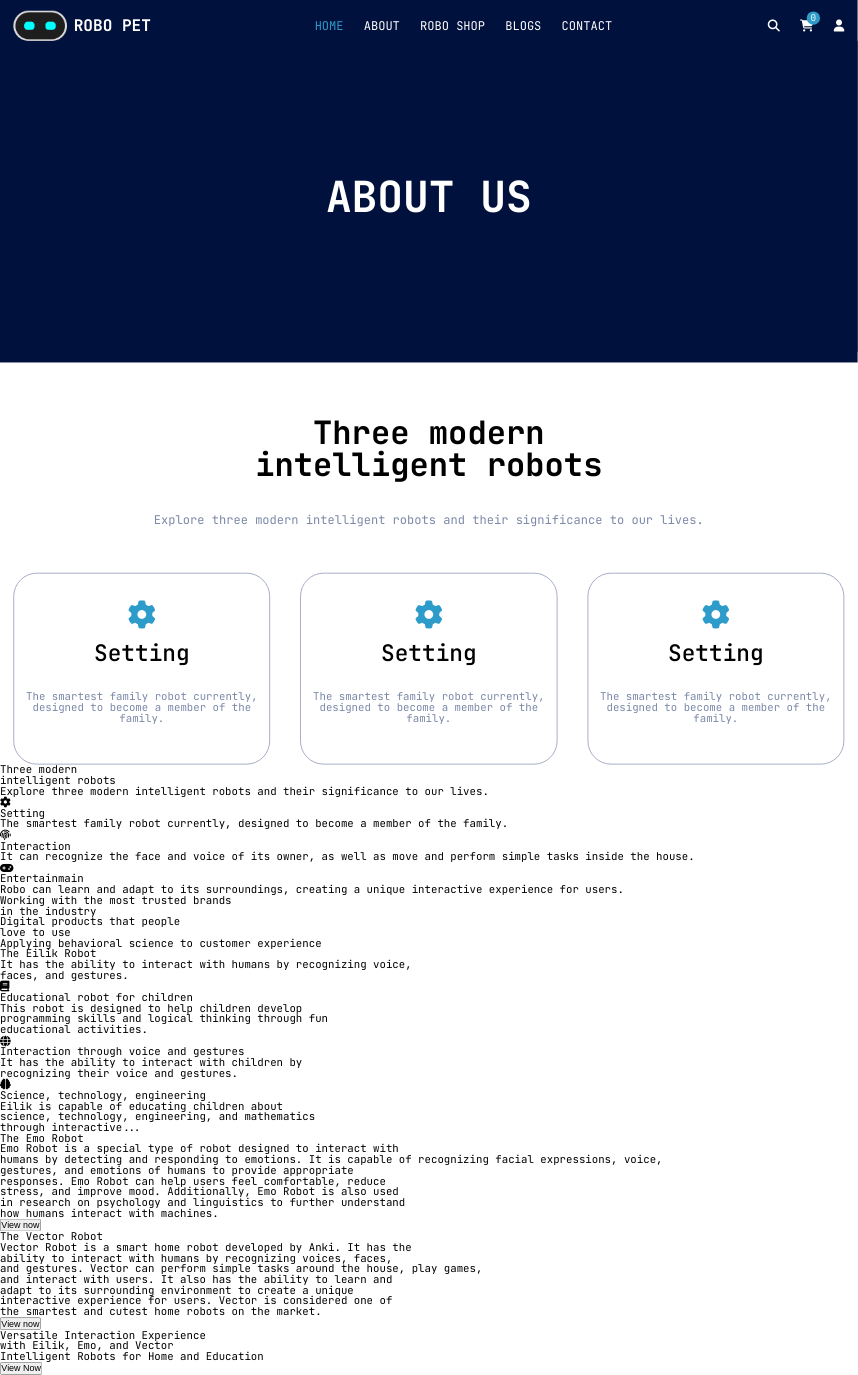
Repository: trietle101/du-an-1
Page: about.html
These files come from the project's save history. The page is drawn as it stood at one moment and after the next save; the edit follows.
The browser window is 1280 px wide. The pictures show the whole page, at 67% of full size.
Some web libraries are served in a nearby version.

Above is the page before, as saved 2023-03-12 22:52:57.

### about.html
<!DOCTYPE html>
<html lang="en">
  <head>
    <meta charset="UTF-8" />
    <meta http-equiv="X-UA-Compatible" content="IE=edge" />
    <meta name="viewport" content="width=device-width, initial-scale=1.0" />
    <title>About</title>
    <link rel="stylesheet" href="assets/css/reset.css" />
    <link rel="preconnect" href="https://fonts.googleapis.com" />
    <link rel="preconnect" href="https://fonts.gstatic.com" crossorigin />
    <link rel="stylesheet" href="assets/css/about.css">
    <link
      href="https://fonts.googleapis.com/css2?family=JetBrains+Mono:wght@300;400;500;700&display=swap"
      rel="stylesheet"
    />
    <script
      src="https://kit.fontawesome.com/08ee78edd1.js"
      crossorigin="anonymous"
    ></script>
  </head>
  <body>
    <header class="header">
      <div class="container">
        <nav class="header-nav">
          <a href="#" class="header-logo">
            <img src="assets/img/logo.png" />
            <span>ROBO PET</span>
          </a>

          <ul class="nav__list">
            <li class="nav__item">
              <a href="#" class="nav__link active">Home</a>
            </li>
            <li class="nav__item">
              <a href="#" class="nav__link">About</a>
            </li>
            <li class="nav__item">
              <a href="#" class="nav__link">Robo shop</a>
            </li>
            <li class="nav__item">
              <a href="#" class="nav__link">Blogs</a>
            </li>
            <li class="nav__item">
              <a href="#" class="nav__link">Contact</a>
            </li>
          </ul>

          <ul class="nav__list">
            <li class="nav__item">
              <a href="" class="nav__link"
                ><i class="fa-solid fa-magnifying-glass"></i
              ></a>
            </li>
            <li class="nav__item">
              <a href="" class="nav__link absolute">
                <i class="fa-solid fa-cart-shopping"></i>
                <span>0</span>
              </a>
            </li>
            <li class="nav__item">
              <a href="" class="nav__link"><i class="fa-solid fa-user"></i></a>
            </li>
          </ul>
        </nav>
      </div>
      <div class="header-banner">
        <div class="container">
          <h1 class="banner-title">ABOUT US</h1>
        </div>
      </div>
    </header>
    <section class="modern">
      <div class="container">
        <h2 class="modern-title">Three modern <br> intelligent robots</h2>
        <p class="modern-desc">Explore three modern intelligent robots and their significance to our lives.</p>
        <div class="modern-box">
          <div class="modern-item">
            <div class="modern-center">
              <i class="fa-solid fa-gear"></i>
              <h3 class="modern-box-title">Setting</h3>
              <p class="modern-box-desc">The smartest family robot currently, designed to become a member of the family.</p>
            </div>
          </div>
          <div class="modern-item">
            <div class="modern-center">
              <i class="fa-solid fa-gear"></i>
              <h3 class="modern-box-title">Setting</h3>
              <p class="modern-box-desc">The smartest family robot currently, designed to become a member of the family.</p>
            </div>
          </div>
          <div class="modern-item">
            <div class="modern-center">
              <i class="fa-solid fa-gear"></i>
              <h3 class="modern-box-title">Setting</h3>
              <p class="modern-box-desc">The smartest family robot currently, designed to become a member of the family.</p>
            </div>
          </div>
        </div>
      </div>
    </section>

    <!--phần banner-->
    <div class="banner">
           </div>
           <div class="name2">
            <h2>Three modern <br>
              intelligent robots</h2>
            <p>Explore three modern intelligent robots and their significance to our lives.</p>

        <div class="box-top">
            <div class="namebox">
                <i class="fa-solid fa-gear"></i>
                <h3>Setting</h3>
                <p>The smartest family robot currently, designed to become a member of the family.</p>
            </div>


            <div  class="namebox">
              <i class="fa-solid fa-fingerprint"></i>
                <h3>Interaction</h3>
                <p>It can recognize the face and voice of its owner, as well as move and perform simple tasks inside the house.</p>
            </div>


            <div class="namebox">
              <i class="fa-solid fa-gamepad"></i>
                <h3>Entertainmain</h3>
                <p>Robo can learn and adapt to its surroundings, creating a unique interactive experience for users.</p>
            </div>
        </div>

        <div class="name2">
          <h2>Working with the most trusted brands <br> in the industry</h2>
        </div>

        <div class="banner2">
        </div>
        <div class="namebanner2">
          <h4>Digital products that people <br> love to use</h4>
          <p>Applying behavioral science to customer experience</p>
          <div class="box-text">
            <h5>The Eilik Robot</h5>
            <p>It has the ability to interact with humans by recognizing voice,<br> faces, and gestures.</p>
               <div class="box-content">
                <i class="fa-solid fa-book"></i>
                <h6>Educational robot for children</h6>
                <p>This robot is designed to help children develop <br> programming skills and logical thinking through fun <br> educational activities.</p>
               </div>

               <div class="box-content">
                <i class="fa-solid fa-globe"></i>
                <h6>Interaction through voice and gestures</h6>
                <p>It has the ability to interact with children by <br> recognizing their voice and gestures.</p>
               </div>

               <div class="box-content">
                <i class="fa-solid fa-brain"></i>
                <h6>Science, technology, engineering</h6>
                <p> Eilik is capable of educating children about <br> science, technology, engineering, and mathematics <br> through interactive...</p>
               </div>

          </div>
          <div class="box-content2">
            <h6>The Emo Robot</h6>
            <p>Emo Robot is a special type of robot designed to interact with <br> humans by detecting and responding to emotions.

              It is capable of recognizing facial expressions, voice,<br>  gestures, and emotions of humans to provide appropriate <br> responses. Emo Robot can help users feel comfortable, reduce <br> stress, and improve mood. Additionally, Emo Robot is also used <br> in research on psychology and linguistics to further understand <br> how humans interact with machines.</p>
          </div>

          <button>View now</button>

          <div class="box-content3">
            <h6>The Vector Robot</h6>
            <p>Vector Robot is a smart home robot developed by Anki. It has  the <br> ability to interact with humans by recognizing voices, faces, <br> and gestures.

              Vector can perform simple tasks around the house, play games, <br> and interact with users. It also has the ability to learn and <br> adapt to its surrounding environment to create a unique <br> interactive experience for users. Vector is considered one of <br> the smartest and cutest home robots on the market.</p>
              <button>View now</button>
            </div>
        </div>
        <div class="endbanner">
          <h2>Versatile Interaction Experience <br> with Eilik, Emo, and Vector</h2>
                <p>Intelligent Robots for Home and Education</p>
                <button>View Now</button>
        </div>
  </body>
  <script src="assets/script/script.js"></script>
</html>

### assets/css/reset.css
/* http://meyerweb.com/eric/tools/css/reset/
   v2.0 | 20110126
   License: none (public domain)
*/
html,
body,
div,
span,
applet,
object,
iframe,
h1,
h2,
h3,
h4,
h5,
h6,
p,
blockquote,
pre,
a,
abbr,
acronym,
address,
big,
cite,
code,
del,
dfn,
em,
img,
ins,
kbd,
q,
s,
samp,
small,
strike,
strong,
sub,
sup,
tt,
var,
b,
u,
i,
center,
dl,
dt,
dd,
ol,
ul,
li,
fieldset,
form,
label,
legend,
table,
caption,
tbody,
tfoot,
thead,
tr,
th,
td,
article,
aside,
canvas,
details,
embed,
figure,
figcaption,
footer,
header,
hgroup,
menu,
nav,
output,
ruby,
section,
summary,
time,
mark,
audio,
video {
  margin: 0;
  padding: 0;
  border: 0;
  font-size: 100%;
  font: inherit;
  vertical-align: baseline;
}

/* HTML5 display-role reset for older browsers */
article,
aside,
details,
figcaption,
figure,
footer,
header,
hgroup,
menu,
nav,
section {
  display: block;
}

body {
  line-height: 1;
}

ol,
ul {
  list-style: none;
}

blockquote,
q {
  quotes: none;
}

blockquote:before,
blockquote:after,
q:before,
q:after {
  content: "";
  content: none;
}

table {
  border-collapse: collapse;
  border-spacing: 0;
}

*,
*:after,
*:before {
  margin: 0;
  padding: 0;
  box-sizing: border-box;
}
ul,
li {
  list-style-type: none;
}
a {
  text-decoration: none;
}

### assets/css/about.css
:root {
  --primary-color: #00113d;
  --secondary-color: #2e9cca;
}

html {
  box-sizing: border-box;
}

img {
  display: block;
  max-width: 100%;
}

body {
  font-family: "JetBrains Mono", sans-serif;
  min-height: 100vh;
  margin: 0;
}
header {
  background: var(--primary-color);
  padding: 1em 0;
  width: 100%;
}
.container {
  max-width: 1240px;
  margin: 0 auto;
}

.header-nav {
  display: flex;
  justify-content: space-between;
  align-items: center;
  flex-wrap: nowrap;
}

.header-logo {
  display: flex;
  justify-content: center;
  align-items: center;
}

.header-logo span {
  text-decoration: none;
  color: #fff;
  font-size: 24px;
  font-weight: bold;
  margin-right: 0.5em;
  margin-left: 10px;
}

.nav__list {
  display: flex;
  justify-content: space-between;
  align-items: center;
  flex-wrap: nowrap;
}

.nav__item:not(:first-child) {
  margin-left: 30px;
}

.nav__link {
  color: #fff;
  text-decoration: none;
  text-transform: uppercase;
  transition: 0.3s ease-in-out;
  font-size: 18px;
}

.nav__link.active {
  color: var(--secondary-color);
}

.nav__link:hover {
  color: var(--secondary-color);
}

.nav__link:hover span {
  color: var(--secondary-color);
  background-color: #fff;
}

.nav__link.absolute {
  position: relative;
}

.nav__link span {
  position: absolute;
  display: inline-block;
  background-color: var(--secondary-color);
  width: 20px;
  height: 20px;
  font-size: 14px;
  text-align: center;
  padding-top: 2px;
  border-radius: 50%;
  top: -10px;
  left: 10px;
  transition: 0.3s ease-in-out;
}

.line-effect {
  width: 0;
  height: 2px;
  background-color: var(--secondary-color);
  position: fixed;
  pointer-events: none;
  transition: all 0.25s linear;
}
.header-banner {
  width: 100%;
  max-height: 500px;
  margin: 0 auto;
  background-color: #00113d;
  padding: 200px 0;
}
.banner-title {
  font-weight: 700;
  font-size: 64px;
  color: #fff;
  text-transform: uppercase;
  text-align: center;
}
.modern {
  padding-top: 80px;
}
.modern-title {
  font-weight: 700;
  font-size: 48px;
  text-align: center;
}
.modern-desc {
  font-weight: 400;
  font-size: 18px;
  color: #7b88a8;
  text-align: center;
  margin-top: 50px;
}
.modern-box {
  margin-top: 70px;
  display: flex;
  justify-content: space-between;
  align-items: center;
  flex-wrap: nowrap;
}
.modern-item {
  max-width: calc(33.33% - 30px);
  border: 1px solid #7b88a8;
  border-radius: 35px;
  transition: 0.3s ease-in-out;
}
.modern-item i {
  font-size: 42px;
  color: var(--secondary-color);
  margin-top: 40px;
}
.modern-center {
  text-align: center;
}
.modern-box-title {
  font-weight: 500;
  font-size: 34px;
  margin-top: 20px;
  margin-bottom: 40px;
}
.modern-box-desc {
  font-weight: 400;
  font-size: 16px;
  color: #7b88a8;
  margin-bottom: 60px;
}
.modern-item:hover {
  border: none;
  box-shadow: 0 14px 28px rgba(0, 17, 61, 0.22),
    0 10px 10px rgba(0, 17, 61, 0.22);
}

### assets/script/script.js
window.addEventListener("load", function () {
  // --- Menu ---
  const links = [...document.querySelectorAll(".nav__link")];
  links.forEach((item) => item.addEventListener("mouseenter", handleHoverLink));
  const line = document.createElement("div");
  line.classList = "line-effect";
  document.body.appendChild(line);

  function handleHoverLink(event) {
    const { left, top, width, height } = event.target.getBoundingClientRect();
    const offsetBottom = 5;
    line.style.width = `${width}px`;
    line.style.left = `${left}px`;
    line.style.top = `${top + height + offsetBottom}px`;
  }
  const menu = document.querySelector(".nav__list");
  menu.addEventListener("mouseleave", function () {
    line.style.width = 0;
  });

  const nav = document.querySelectorAll(".nav__link");
  nav.forEach((item) => {
    item.addEventListener("click", () => {
      nav.forEach((item) => {
        item.classList.remove("active");
      });
      item.classList.add("active");
    });
  });
});

After the next save:
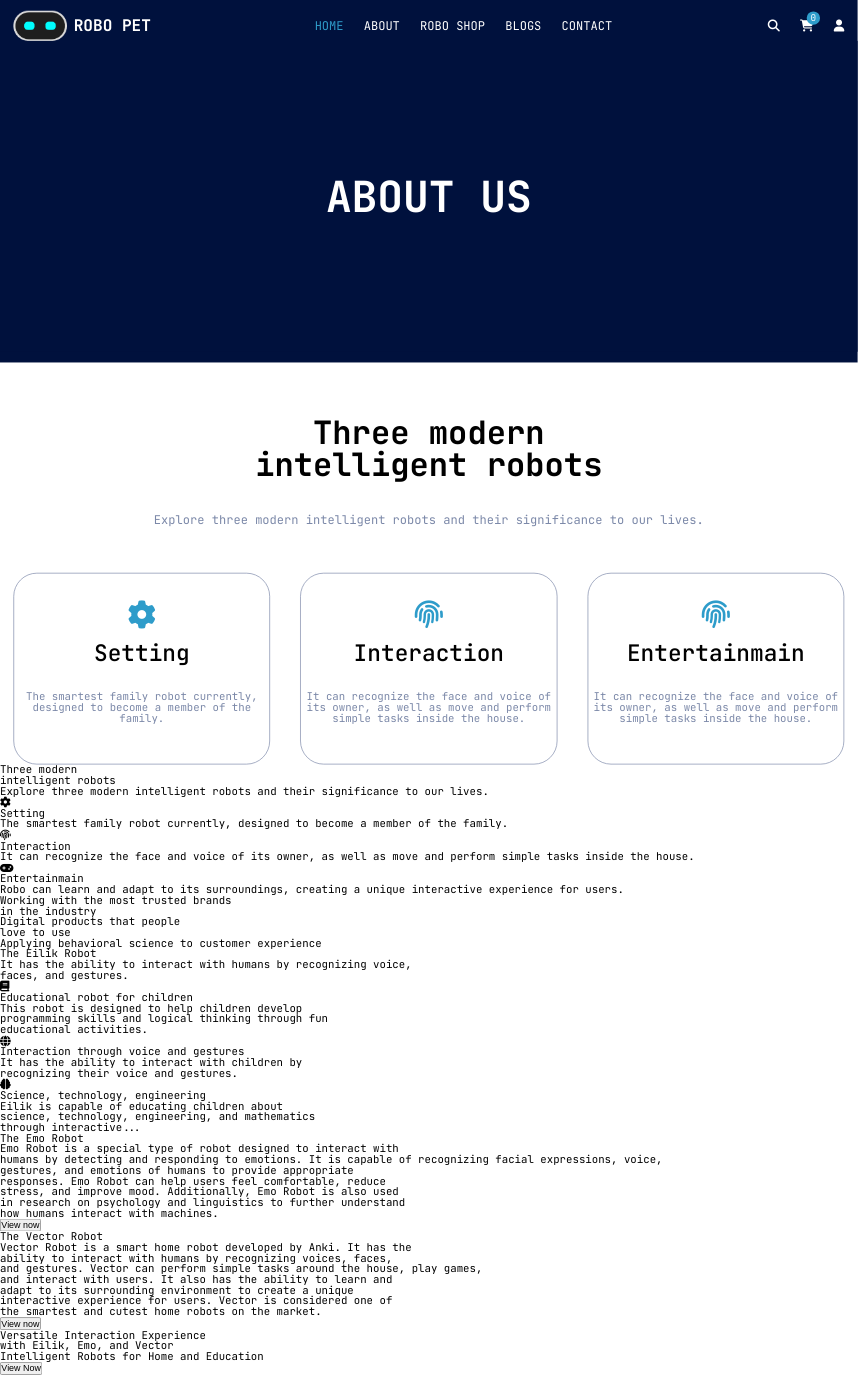
Saved 82 s later.
--- a/about.html
+++ b/about.html
@@ -83,16 +83,16 @@
           </div>
           <div class="modern-item">
             <div class="modern-center">
-              <i class="fa-solid fa-gear"></i>
-              <h3 class="modern-box-title">Setting</h3>
-              <p class="modern-box-desc">The smartest family robot currently, designed to become a member of the family.</p>
+              <i class="fa-solid fa-fingerprint"></i>
+              <h3 class="modern-box-title">Interaction</h3>
+              <p class="modern-box-desc">It can recognize the face and voice of its owner, as well as move and perform simple tasks inside the house.</p>
             </div>
           </div>
           <div class="modern-item">
             <div class="modern-center">
-              <i class="fa-solid fa-gear"></i>
-              <h3 class="modern-box-title">Setting</h3>
-              <p class="modern-box-desc">The smartest family robot currently, designed to become a member of the family.</p>
+              <i class="fa-solid fa-fingerprint"></i>
+              <h3 class="modern-box-title">Entertainmain</h3>
+              <p class="modern-box-desc">It can recognize the face and voice of its owner, as well as move and perform simple tasks inside the house.</p>
             </div>
           </div>
         </div>
